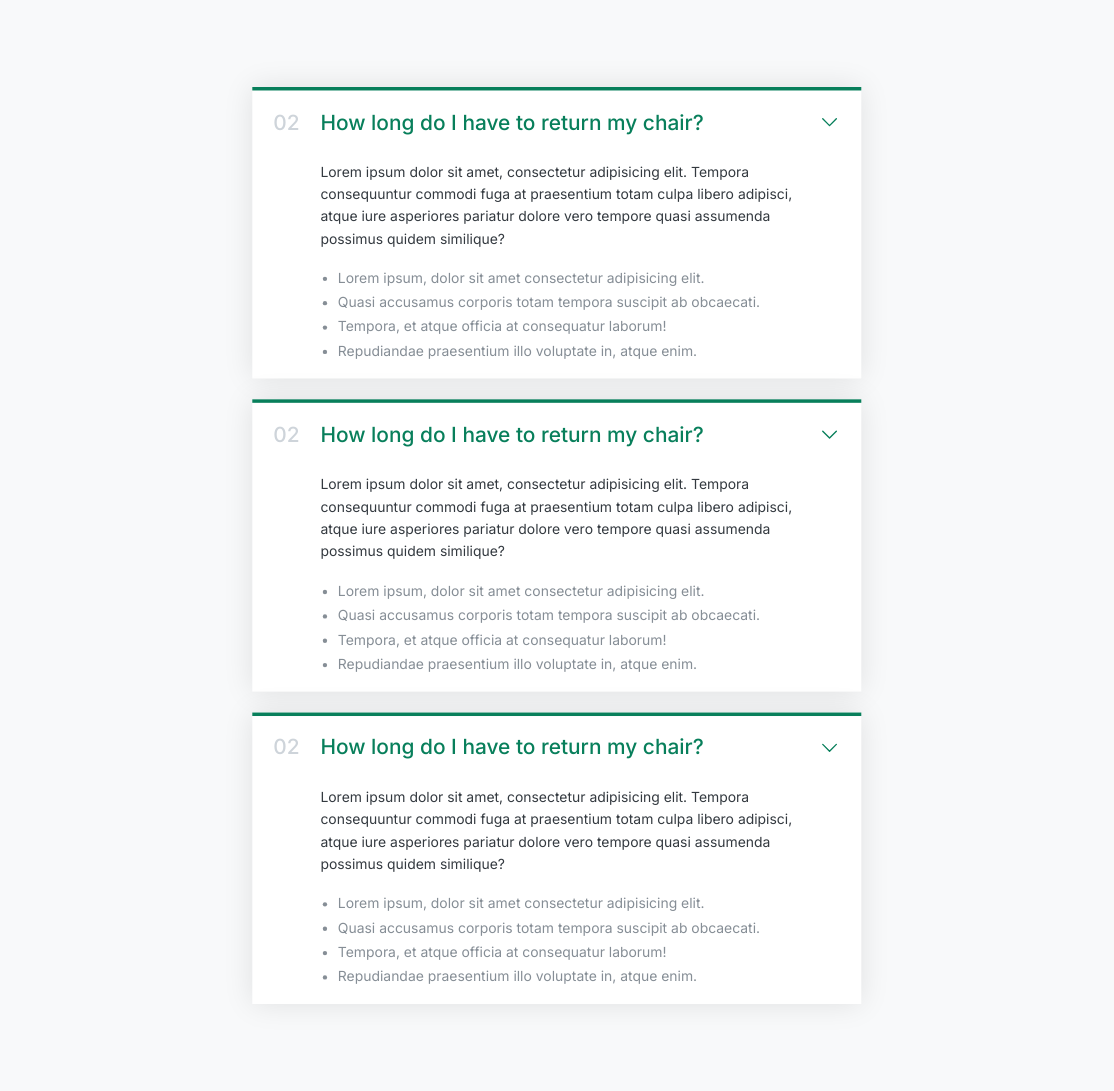
Repository: Ahmed123rezk123/06-Components
Page: accordion.html
An editor plug-in stored every save of this project. The page is shown before and after the next save, followed by the edit.
The browser window is 1280 px wide. The pictures show the whole page, at 87% of full size.

Above is the page before, as saved 2024-09-16 03:17:52.

### accordion.html
<!DOCTYPE html>
<html lang="en">
  <head>
    <meta charset="UTF-8" />
    <meta name="viewport" content="width=device-width, initial-scale=1.0" />
    <link rel="preconnect" href="https://fonts.gstatic.com" />
    <link
      href="https://fonts.googleapis.com/css2?family=Inter:wght@400;500;700&display=swap"
      rel="stylesheet"
    />
    <link rel="stylesheet" href="accordion.css" />
    <title>Accordion</title>
  </head>
  <body>
    <div class="accordion">
      <div class="item">
        <p class="number">02</p>
        <p class="text text2">How long do I have to return my chair?</p>
        <svg
          xmlns="http://www.w3.org/2000/svg"
          fill="none"
          viewBox="0 0 24 24"
          stroke-width="1.5"
          stroke="currentColor"
          class="icon icon2"
        >
          <path
            stroke-linecap="round"
            stroke-linejoin="round"
            d="m19.5 8.25-7.5 7.5-7.5-7.5"
          />
        </svg>
        <div class="hidden-box">
          <p>
            Lorem ipsum dolor sit amet, consectetur adipisicing elit. Tempora
            consequuntur commodi fuga at praesentium totam culpa libero
            adipisci, atque iure asperiores pariatur dolore vero tempore quasi
            assumenda possimus quidem similique?
          </p>
          <ul>
            <li>Lorem ipsum, dolor sit amet consectetur adipisicing elit.</li>
            <li>
              Quasi accusamus corporis totam tempora suscipit ab obcaecati.
            </li>
            <li>Tempora, et atque officia at consequatur laborum!</li>
            <li>Repudiandae praesentium illo voluptate in, atque enim.</li>
          </ul>
        </div>
      </div>
      <div class="item">
        <p class="number">02</p>
        <p class="text text2">How long do I have to return my chair?</p>
        <svg
          xmlns="http://www.w3.org/2000/svg"
          fill="none"
          viewBox="0 0 24 24"
          stroke-width="1.5"
          stroke="currentColor"
          class="icon icon2"
        >
          <path
            stroke-linecap="round"
            stroke-linejoin="round"
            d="m19.5 8.25-7.5 7.5-7.5-7.5"
          />
        </svg>
        <div class="hidden-box">
          <p>
            Lorem ipsum dolor sit amet, consectetur adipisicing elit. Tempora
            consequuntur commodi fuga at praesentium totam culpa libero
            adipisci, atque iure asperiores pariatur dolore vero tempore quasi
            assumenda possimus quidem similique?
          </p>
          <ul>
            <li>Lorem ipsum, dolor sit amet consectetur adipisicing elit.</li>
            <li>
              Quasi accusamus corporis totam tempora suscipit ab obcaecati.
            </li>
            <li>Tempora, et atque officia at consequatur laborum!</li>
            <li>Repudiandae praesentium illo voluptate in, atque enim.</li>
          </ul>
        </div>
      </div>
      <div class="item">
        <p class="number">02</p>
        <p class="text text2">How long do I have to return my chair?</p>
        <svg
          xmlns="http://www.w3.org/2000/svg"
          fill="none"
          viewBox="0 0 24 24"
          stroke-width="1.5"
          stroke="currentColor"
          class="icon icon2"
        >
          <path
            stroke-linecap="round"
            stroke-linejoin="round"
            d="m19.5 8.25-7.5 7.5-7.5-7.5"
          />
        </svg>
        <div class="hidden-box">
          <p>
            Lorem ipsum dolor sit amet, consectetur adipisicing elit. Tempora
            consequuntur commodi fuga at praesentium totam culpa libero
            adipisci, atque iure asperiores pariatur dolore vero tempore quasi
            assumenda possimus quidem similique?
          </p>
          <ul>
            <li>Lorem ipsum, dolor sit amet consectetur adipisicing elit.</li>
            <li>
              Quasi accusamus corporis totam tempora suscipit ab obcaecati.
            </li>
            <li>Tempora, et atque officia at consequatur laborum!</li>
            <li>Repudiandae praesentium illo voluptate in, atque enim.</li>
          </ul>
        </div>
      </div>
    </div>
  </body>
</html>

### accordion.css
* {
  margin: 0;
  padding: 0;
  box-sizing: border-box;
}

body {
  font-family: "Inter", sans-serif;
  color: #343a40;
  /* border-bottom: 8px solid #087f5b; */
  background-color: #f8f9fa;
  line-height: 1;
  /* height: 500px; */
}
.accordion {
  width: 700px;
  margin: 100px auto;
  display: flex;
  flex-direction: column;
  gap: 24px;
}

.item {
  background-color: #fff;
  padding: 24px;
  display: grid;
  grid-template-columns: auto 1fr auto;
  column-gap: 24px;
  row-gap: 32px;
  box-shadow: 0 0 32px rgba(0, 0, 0, 0.1);
  align-items: center;
  border-top: 4px solid #087f5b;
}
.number,
.text {
  font-size: 24px;
  font-weight: 500;
  color: #ced4da;
}
.text {
  color: #000;
}

.icon {
  width: 25px;
  stroke: #087f5b;
}

.item2 {
  border-top: 4px solid #087f5b;
}
.num2,
.text2 {
  color: #087f5b;
}
.hidden-box {
  grid-column: 2;
}
.hidden-box p {
  line-height: 1.6;
  margin-bottom: 24px;
}

.hidden-box ul {
  color: #868e96;
  margin-left: 20px;
  display: flex;
  flex-direction: column;
  gap: 12px;
}

After the next save:
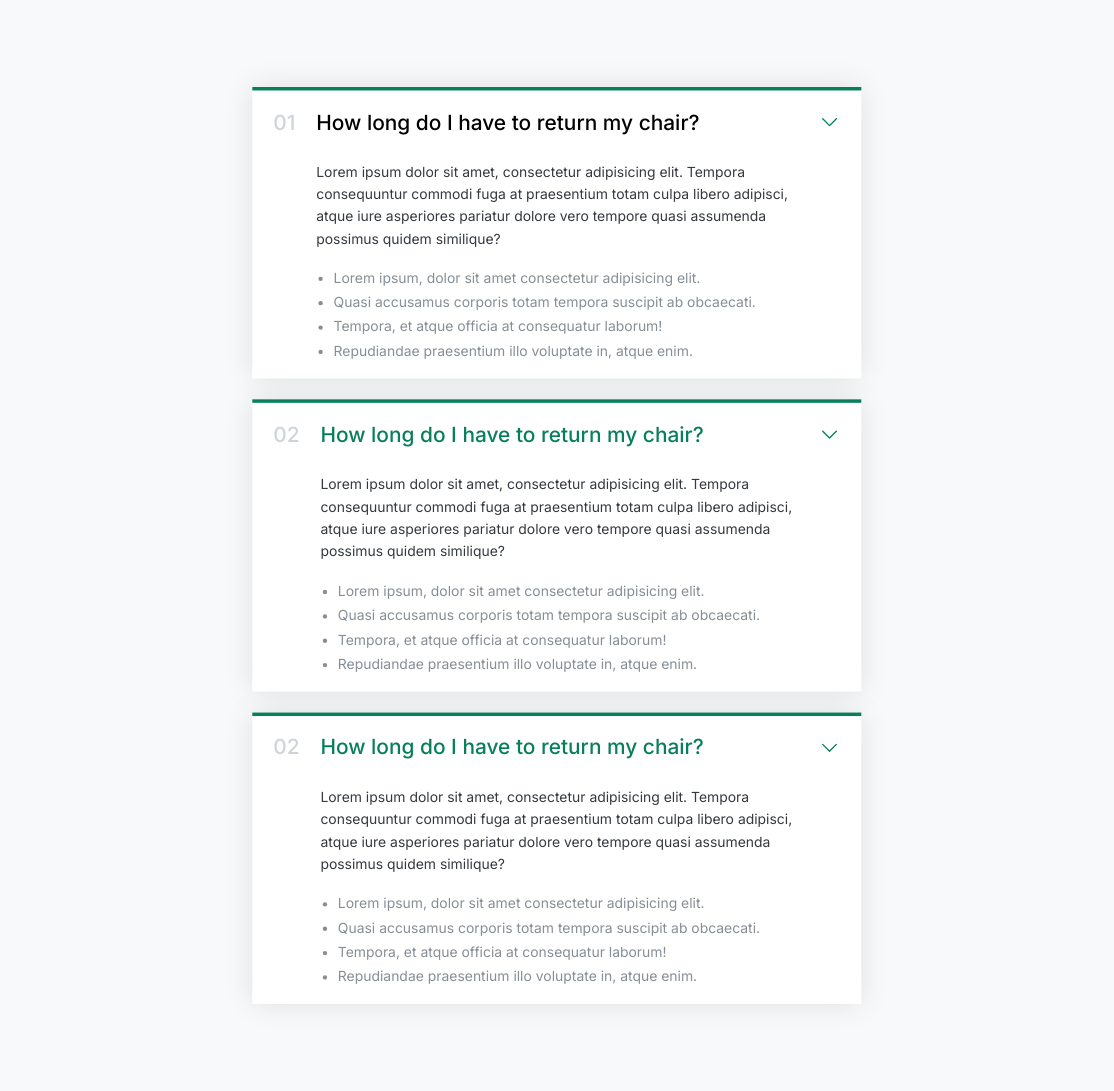
Saved 18 s later.
--- a/accordion.html
+++ b/accordion.html
@@ -14,8 +14,8 @@
   <body>
     <div class="accordion">
       <div class="item">
-        <p class="number">02</p>
-        <p class="text text2">How long do I have to return my chair?</p>
+        <p class="number">01</p>
+        <p class="text">How long do I have to return my chair?</p>
         <svg
           xmlns="http://www.w3.org/2000/svg"
           fill="none"
